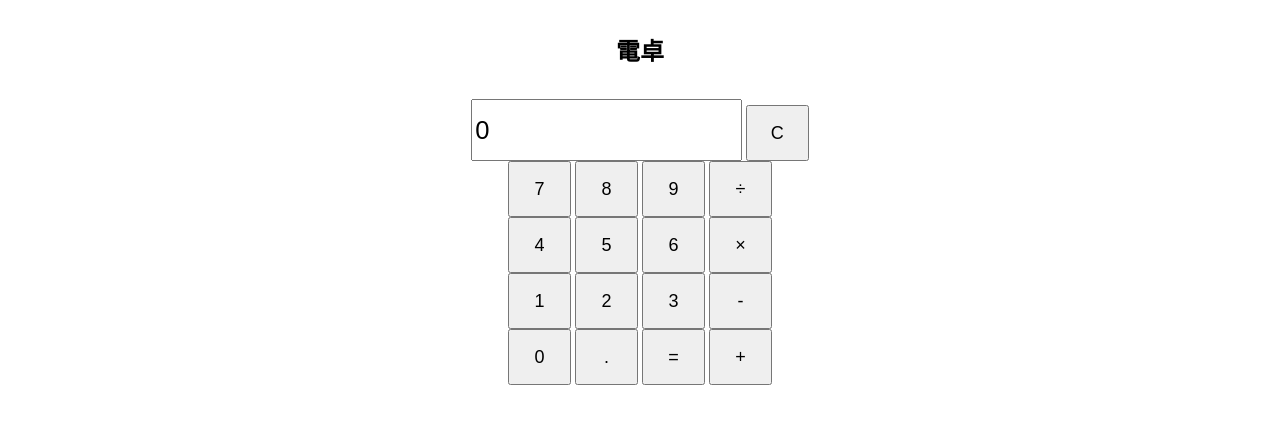
Repository: sara061327/js2
Page: Javascript2/index.html
The author's editor kept a record of every edit. The page is drawn from the files as they stood at one moment, then again after the next edit.
The browser window is 1280 px wide. The pictures show the whole page.
Some web libraries are served in a nearby version.

Above is the page before.
Console error (its wording comes from the project's code and is left out).

### Javascript2/index.html
 <!DOCTYPE html>
 <html lang="en">
 <head>
 <meta charset="utf-8">
 <script src="https://code.jquery.com/jquery-3.2.1.js" integrity="sha256-DZAnKJ/6XZ9si04Hgrsxu/8s717jcIzLy3oi35EouyE=" crossorigin="anonymous"></script>
 <link rel="stylesheet" href="main.css">
 <title>ストップウォッチ</title>
 </head>

 <body>

<div class="wrapper">
  <h1 id="header">電卓</h1>
  <div id="calc">
    <div>
      <input readonly id="result" type="text" value="0">
      <button onclick="c_click()">C</button>
    </div>
    <div>
      <button onclick="git init(this.innerHTML)">7</button>
      <button onclick="num_click(this.innerHTML)">8</button>
      <button onclick="num_click(this.innerHTML)">9</button>
      <button onclick="ope_click(this.innerHTML)">÷</button>
    </div>
    <div>
      <button onclick="num_click(this.innerHTML)">4</button>
      <button onclick="num_click(this.innerHTML)">5</button>
      <button onclick="num_click(this.innerHTML)">6</button>
      <button onclick="ope_click(this.innerHTML)">×</button>
    </div>
    <div>
      <button onclick="num_click(this.innerHTML)">1</button>
      <button onclick="num_click(this.innerHTML)">2</button>
      <button onclick="num_click(this.innerHTML)">3</button>
      <button onclick="ope_click(this.innerHTML)">-</button>
    </div>
    <div>
      <button onclick="num_click(this.innerHTML)">0</button>
      <button onclick="num_click(this.innerHTML)">.</button>
      <button onclick="equal_click()">=</button>
      <button onclick="ope_click(this.innerHTML)">+</button>
    </div>
  </div>
</div>


 <script src="main.js"></script>
 </body>
 </html>

### Javascript2/main.css
.wrapper{
  max-width: 350px;
  margin: 0 auto;
}

#header,#calc{
  box-sizing: border-box;
  text-align: center;
}

#header {
  font-size: 24px;
  padding: 1rem;
}

button{
  font-size: 18px;
  width: 18%;
  height: 3.5rem;
}


input{
  width: 75%;
  height: 3.5rem;
  font-size: 1.6rem;
}

### Javascript2/main.js
// データ
var result = "";
// =で計算したかどうか
var is_calc = false;

// 初期表示
window.onload = function () {
  result = document.getElementById('result');
};

// Cキー押下
function c_click(){
  result.value = "0";
  is_calc = false;
}

// 数字キー押下
function num_click(val){
  if(is_calc)  result.value = "0";
  is_calc = false;

  if(result.value =="0" && val == "0"){
    result.value = "0";
  }else if(result.value == "0" && val == "."){
    result.value = "0.";
  }else if(result.value == "0"){
    result.value = val;
  }else{
    result.value += val;
  }
}

// 演算子キー押下
function ope_click(val){
  if(is_calc)  is_calc = false;

  if(is_ope_last()){
    result.value = result.value.slice(0, -1) + val;
  } else {
    result.value += val;
  }
}

// =キークリック
function equal_click(){
  if(is_ope_last())  result.value = result.value.slice(0, -1);

  var temp = new Function("return " + result.value.replaceAll("×", "*").replaceAll("÷", "/"))();
  if(temp == Infinity || Number.isNaN(temp)){
    result.value = "Error";
  }else{
    result.value = temp;
    is_calc = true;
  }
}

// 入力されている値が演算子かどうか
function is_ope_last(){
  return ["+","-","×","÷"].includes(result.value.toString().slice(-1));
}

After the next edit:
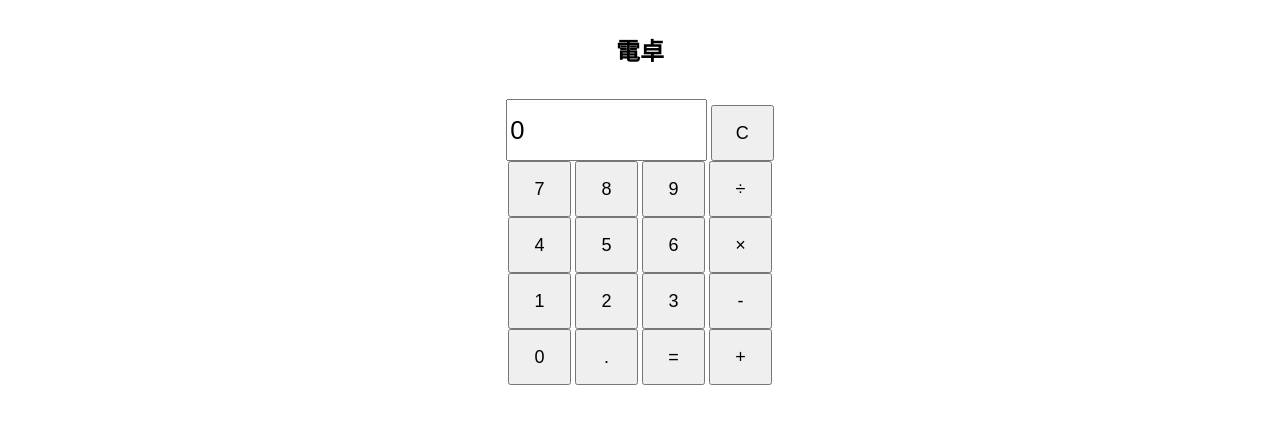
The edit:
--- a/Javascript2/main.css
+++ b/Javascript2/main.css
@@ -21,7 +21,7 @@
 
 
 input{
-  width: 75%;
+  width: 55%;
   height: 3.5rem;
   font-size: 1.6rem;
 }
